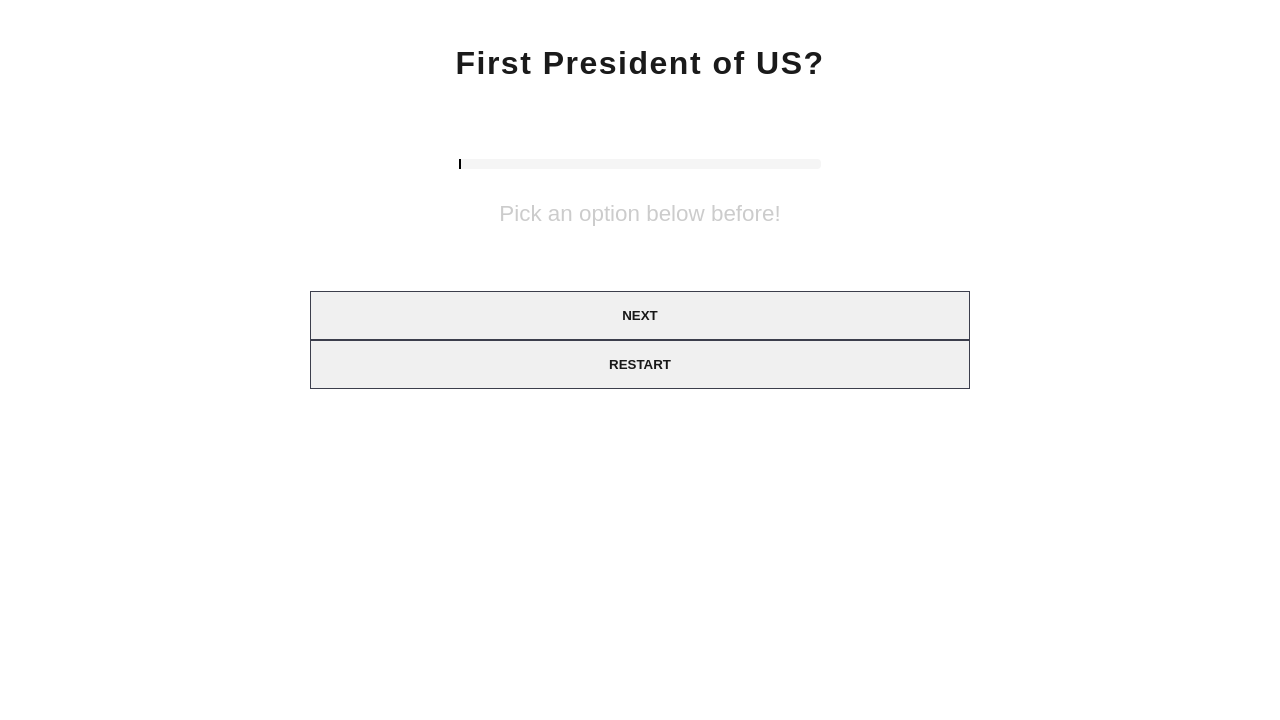
Repository: mukiSabljakovic/Quiz-APP
Page: index.html
The author's editor kept a copy of each file at every save. The page is drawn from the files as they stood at one save, then again after the next save.
The browser window is 1280 px wide. The pictures show the whole page.
Some web fonts or font styles are not loaded; a fallback is used.

Above is the page before, as saved 2020-05-04 16:46:32.
Console error: TypeError: App.renderAll is not a function

After the next save:
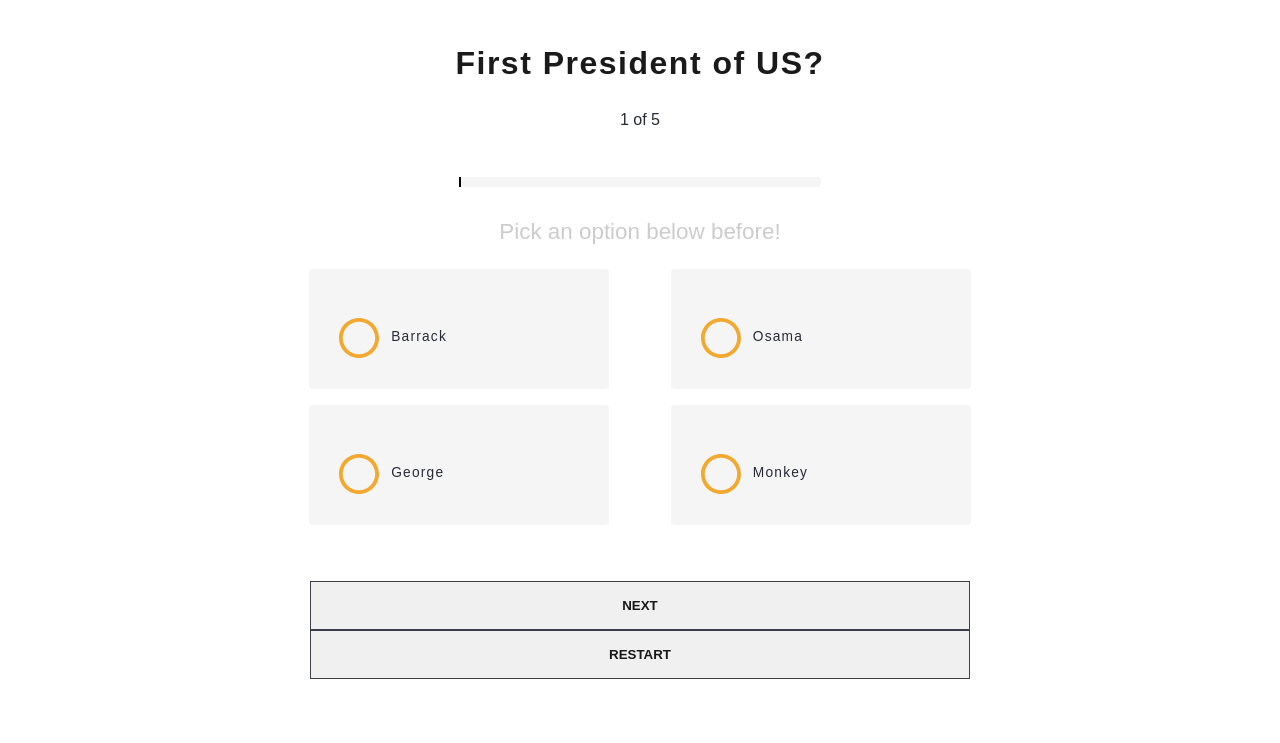
The error is gone.
Saved 22 s later.
--- a/js/app.js
+++ b/js/app.js
@@ -97,7 +97,7 @@ const renderAll = _ => {
 }
 
 return {
-    renderALl: renderAll
+    renderAll: renderAll
 }
 })();
 
